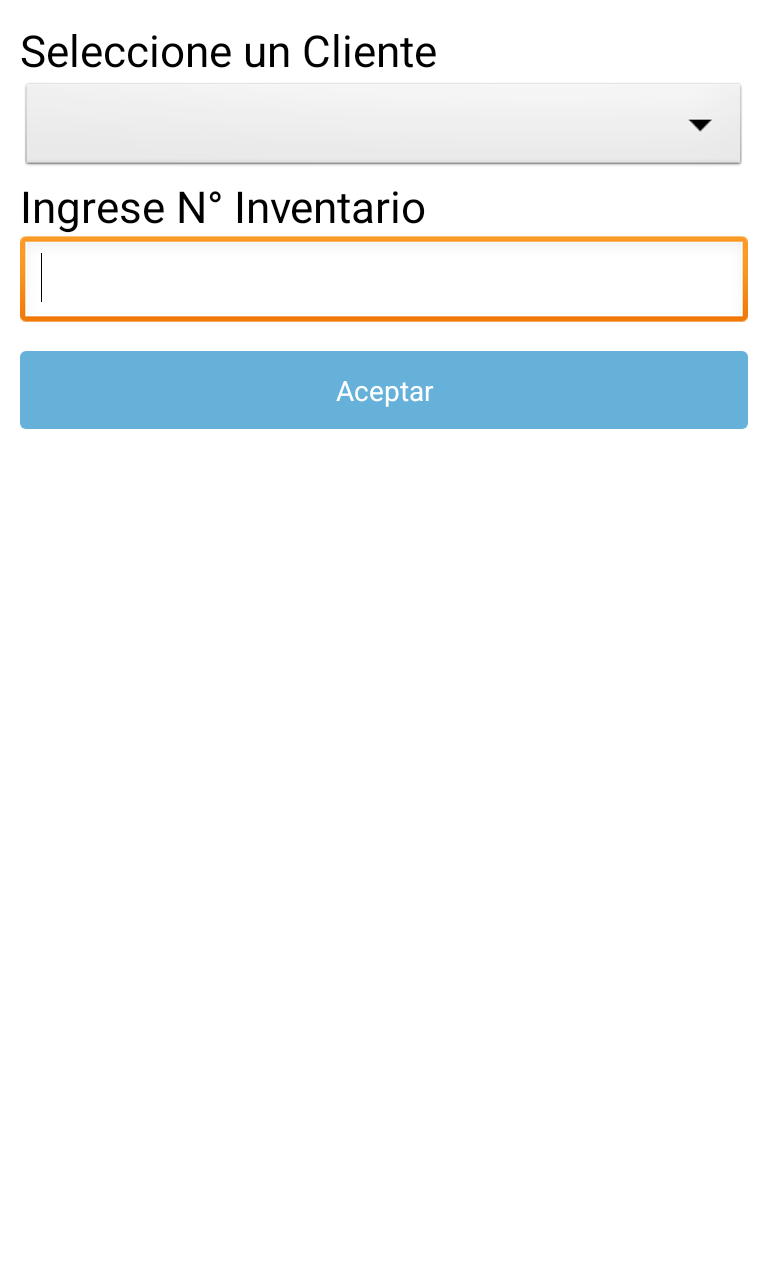
Repository: arodriguezp2003/aqandroid
Layout: BlueFlameWMS/res/layout/seleccioncliente.xml
The author's editor kept a copy of each file at every save. The layout is drawn from the files as they stood at one save, then again after the next save.
It is drawn on a 768 x 1280 px phone screen (xhdpi) without system bars, with theme android:Theme.Light.NoTitleBar; the app's code is not run. Lists and similar views that code fills are empty.

Above is the layout before, as saved 2014-06-24 16:42:06.

After the next save:
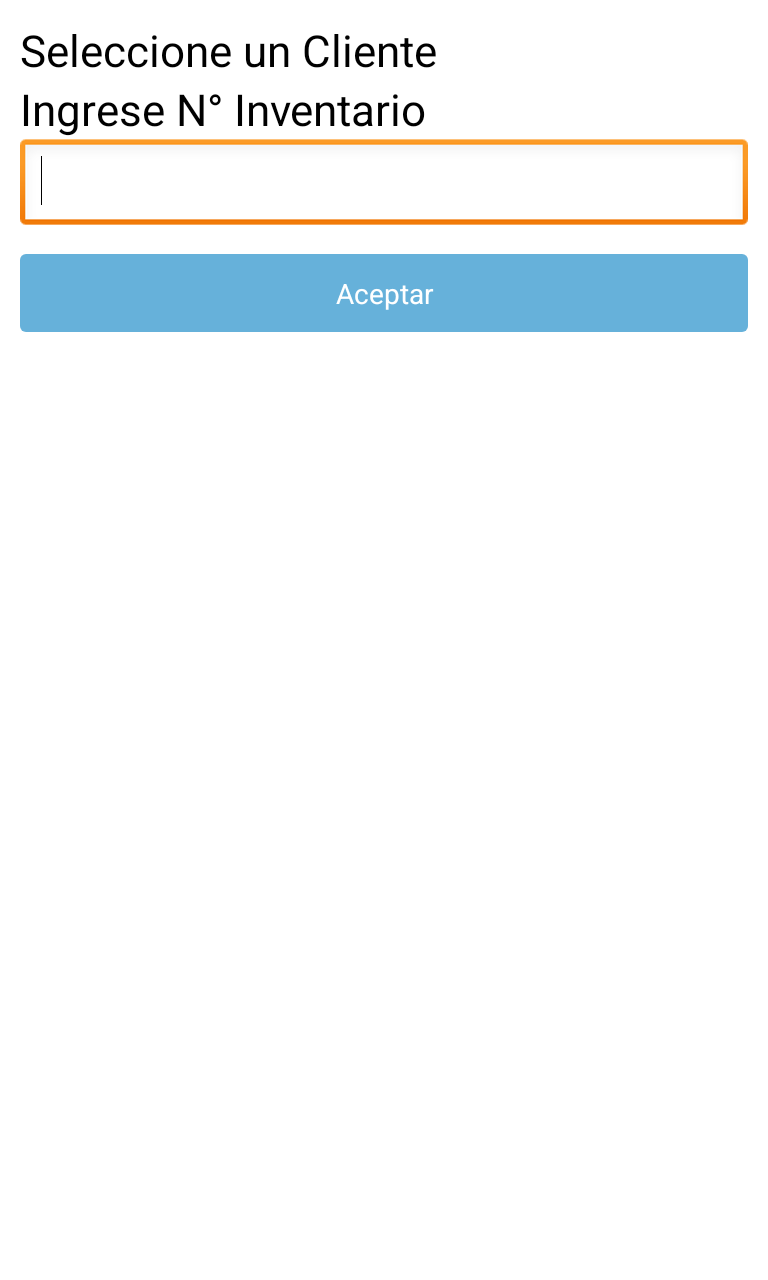
Saved 59 s later.
--- a/BlueFlameWMS/res/layout/seleccioncliente.xml
+++ b/BlueFlameWMS/res/layout/seleccioncliente.xml
@@ -13,11 +13,11 @@
        android:textAppearance="?android:attr/textAppearanceLarge"
         android:text="Seleccione un Cliente"/>
 
-    <Spinner
-        android:id="@+id/spinClientes"
-        android:layout_width="fill_parent"
-        android:layout_height="wrap_content"
-/>
+  <ListView
+        android:id="@+id/sc_Clientes"
+        android:layout_width="match_parent"
+        android:layout_height="wrap_content" >
+    </ListView>
 
     <TextView android:layout_width="fill_parent"
 
